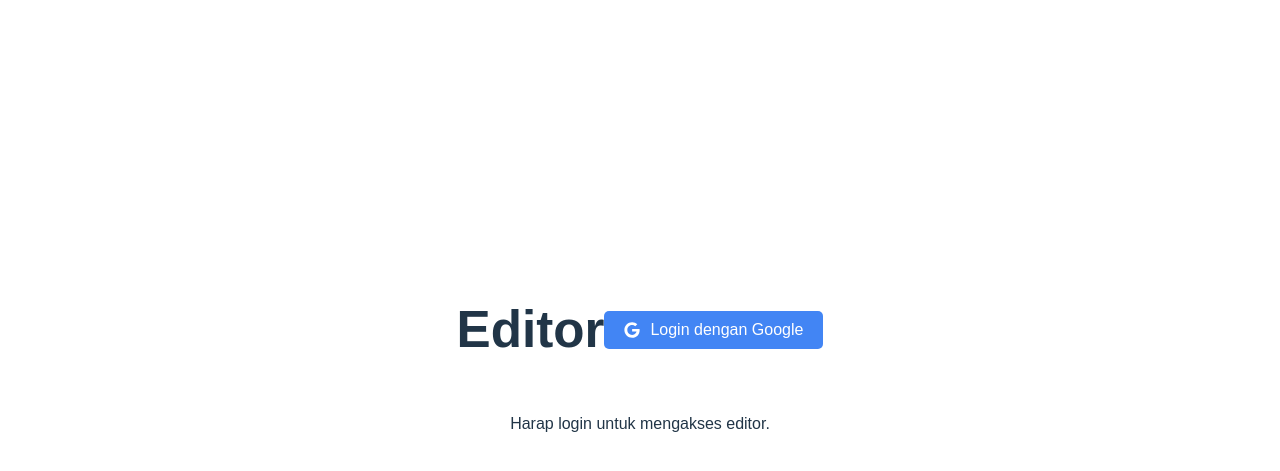
Repository: arifsoul/onsite
Page: /editor (app in onsite/)
An editor plug-in stored every save of this project. The page is shown before and after the next save, followed by the edit.
The browser window is 1280 px wide. The pictures show the whole page.
The project was rebuilt for these pictures with package versions that can differ from the ones it lists, and the page was loaded fresh each time. Also part of the build but not shown: onsite/vite.config.js, onsite/src/services/deepseekApi.js, onsite/src/components/Generator/AIGenerator.css, onsite/src/components/Generator/AIGenerator.jsx, onsite/src/components/Preview/LivePreview.css, onsite/src/components/Preview/LivePreview.jsx, onsite/src/pages/Home.jsx, onsite/src/components/Editor/CSSPanel.jsx and 4 more.

Above is the page before, as saved 2025-04-14 16:59:56.

After the next save:
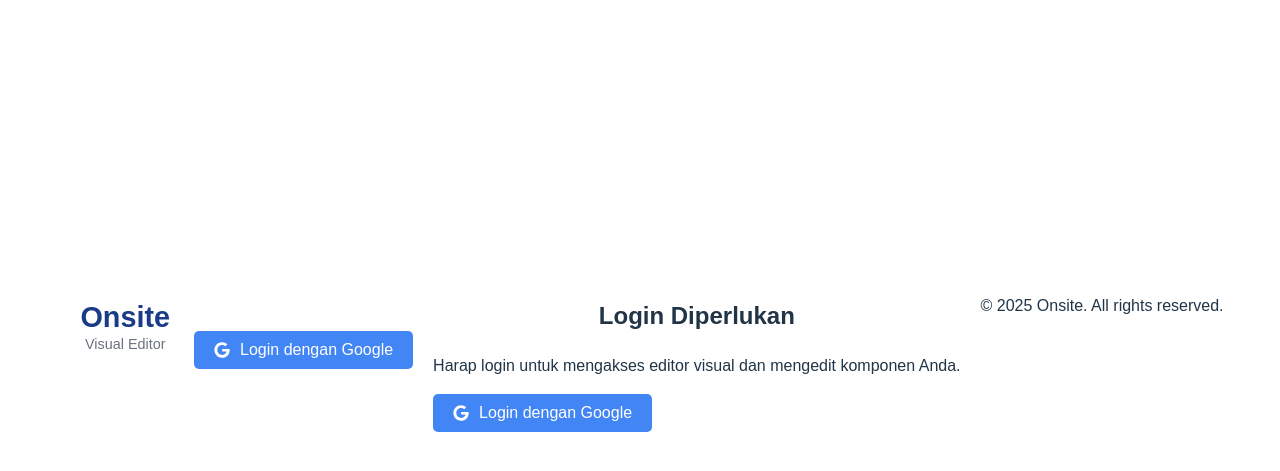
Saved 12 s later.
--- a/onsite/src/pages/Editor.jsx
+++ b/onsite/src/pages/Editor.jsx
@@ -7,32 +7,38 @@
 const Editor = () => {
   const { isAuthenticated } = useAuth0();
 
-  if (!isAuthenticated) {
-    return (
-      <div className="editor-page">
-        <header>
-          <h1>Editor</h1>
-          <GoogleLogin />
-        </header>
-        <p>Harap login untuk mengakses editor.</p>
-      </div>
-    );
-  }
-
   return (
-    <div className="editor-page">
-      <header>
-        <h1>Editor</h1>
+    <div className="editor-container">
+      <header className="editor-header">
+        <div className="logo">
+          <h1>Onsite</h1>
+          <span>Visual Editor</span>
+        </div>
         <GoogleLogin />
       </header>
-      <div className="editor-layout">
-        <div className="editor-section">
-          <ComponentEditor />
-        </div>
-        <div className="preview-section">
-          <LivePreview />
-        </div>
-      </div>
+      <main className="editor-main">
+        {!isAuthenticated ? (
+          <section className="login-prompt">
+            <h2>Login Diperlukan</h2>
+            <p>Harap login untuk mengakses editor visual dan mengedit komponen Anda.</p>
+            <GoogleLogin />
+          </section>
+        ) : (
+          <section className="editor-section">
+            <div className="card editor-card">
+              <h3>Editor Komponen</h3>
+              <ComponentEditor />
+            </div>
+            <div className="card preview-card">
+              <h3>Pratinjau Langsung</h3>
+              <LivePreview />
+            </div>
+          </section>
+        )}
+      </main>
+      <footer className="editor-footer">
+        <p>© 2025 Onsite. All rights reserved.</p>
+      </footer>
     </div>
   );
 };
